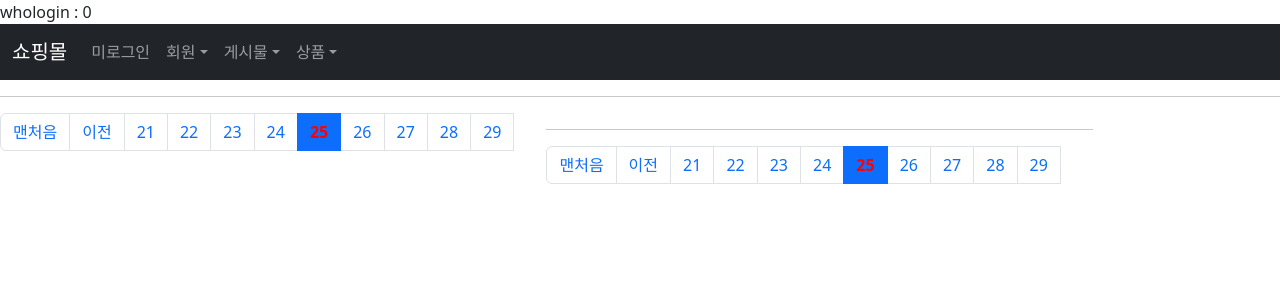
Repository: Sain-Clair/Team5
Page: http://localhost/Student/example/pageTest.jsp
These files come from the project's save history. The page is drawn as it stood at one moment and after the next save; the edit follows.
The browser window is 1280 px wide. The pictures show the whole page.
The page is served by Tomcat 9. Other server files are loaded and not shown.

Above is the page before, as saved 2023-09-06 03:01:07.

### Student/src/main/webapp/example/pageTest.jsp
<%@page import="com.shopping.utility.Paging"%>
<%@ page language="java" contentType="text/html; charset=UTF-8"
    pageEncoding="UTF-8"%>
<%@ include file="./../common/common.jsp"%>
<%@ include file="./../common/bootstrap5.jsp"%>
<%
	String _pageNumber = "25" ;
	String _pageSize = "10" ;
	int totalCount = 283 ;
	String url = "boList" ;
	String mode = "" ;
	String keyword = "" ;
	boolean isGrid = false ;

	Paging pageInfo = new Paging(_pageNumber, _pageSize, totalCount, url, mode, keyword, isGrid);

%>
<!DOCTYPE html>
<html>
<head>
<meta charset="UTF-8">
<title>Insert title here</title>
</head>
<body>
	<%-- <%=pageInfo.toString()%> --%>
	<hr/>
	<%=pageInfo.getPagingHtml()%>
	<hr/>
	<%=pageInfo.getPagingHtml()%>
</body>
</html>

<!--
totalCount=280, pageNumber=25, pageSize=10
pageCount=10

구해야 할 것
totalPage=28
beginRow=241
endRow=250
beginPage=21
endPage=28
-->

### Student/src/main/webapp/common/common.jsp
<%@page import="com.shopping.model.bean.Member"%>
<%@ page language="java" contentType="text/html; charset=UTF-8"
	pageEncoding="UTF-8"%>

<%
	// appName : 애플리케이션 이름(프로젝트 이름_Student)
	String appName = request.getContextPath();
	// in FrontController.java file
	String mappingName = "/Shopping";

	// form 태그에서 사용할 변수
	String withFormTag = appName + mappingName;

	// form 태그가 아닌 영역에서 사용할 변수 <a>
	String notWithFormTag = appName + mappingName +"?command=";

	/* out.print("프로젝트 이름 : " + appName + "<br/>") ;
	out.print("mappingName:" + mappingName +"<br/>");
	out.print("withFormTag:" + withFormTag +"<br/>");
	out.print("notWithFormTag:" + notWithFormTag +"<br/>"); */
%>

<%@page import="java.util.*"%>

<%-- jstl을 위한 태그 라이브러리 선언 --%>
<%@ taglib prefix="c" uri="http://java.sun.com/jsp/jstl/core" %>
<%@ taglib prefix="fn" uri="http://java.sun.com/jsp/jstl/functions" %>

<%-- include file="bootstrap5.jsp" --%>
<%
	// 이 코드들은 차후 삭제 예정
	/*Member mem = new Member() ;
	mem.setId("hong") ; // admin  hong
	mem.setName("홍길동") ; // 관리자  홍길동
	session.setAttribute("loginfo", mem);
	session.setAttribute("loginfo", null); // 미로그인

	// 경고성 Alert Box
	session.setAttribute("alertMessage", "아이디/비번 정보를 잘못 입력하셨습니다.");
	session.setAttribute("alertMessage", null);*/
%>

<!-- whologin 변수는 현재 로그인 상태를 알려 주는 변수입니다. -->
<!-- 미로그인(0) 일반 사용자(1) 관리자(2) -->
<c:set var="whologin" value="0"/>
<c:if test="${not empty sessionScope.loginfo}">
	<c:if test="${sessionScope.loginfo.id == 'admin'}">
		<c:set var="whologin" value="2"/>
	</c:if>
	<c:if test="${sessionScope.loginfo.id != 'admin'}">
		<c:set var="whologin" value="1"/>
	</c:if>
</c:if>
whologin : ${whologin}


<!DOCTYPE html>
<html>
<head>
	<meta charset="UTF-8">
	<title>Insert title here</title>
	<!-- 이 파일은 모든 문서에서 공용으로 참조할 파일입니다.  -->
	<!-- 자바 관련 변수 및 패키지 임포트, 네비게이션 바, jstl 등등 -->
	<!-- for sweet alert -->
	<script src="${pageContext.request.contextPath}/js/sweetalert.js"></script>
	<style>
		.alert-dismissible{margin: 10px;}
	</style>
</head>
<body>
	<nav class="navbar navbar-expand-sm bg-dark navbar-dark">
		<div class="container-fluid">
			<a class="navbar-brand" href="#">쇼핑몰</a>
			<button class="navbar-toggler" type="button"
				data-bs-toggle="collapse" data-bs-target="#collapsibleNavbar">
				<span class="navbar-toggler-icon"></span>
			</button>
			<div class="collapse navbar-collapse" id="collapsibleNavbar">
				<ul class="navbar-nav">
					<li class="nav-item">
						<c:if test="${whologin eq 0}">
							<a class="nav-link" href="#">미로그인</a>
						</c:if>
						<c:if test="${whologin ne 0}">
							<a class="nav-link" href="#">${sessionScope.loginfo.name}님</a>
						</c:if>
					</li>

					<!-- member section -->
					<li class="nav-item dropdown">
						<a class="nav-link dropdown-toggle" href="#" role="button"
							data-bs-toggle="dropdown">회원</a>
						<ul class="dropdown-menu">
							<c:if test="${whologin eq 0}"><!-- href 띄어쓰기 x -->
								<li><a class="dropdown-item" href="<%=notWithFormTag%>meInsert">회원 가입</a></li>
								<li><a class="dropdown-item" href="<%=notWithFormTag%>meLogin">로그인</a></li>
							</c:if>
							<c:if test="${whologin ne 0}">
								<li><a class="dropdown-item" href="#">정보 수정</a></li>
								<li><a class="dropdown-item" href="<%=notWithFormTag%>meLogout">로그아웃</a></li>
								<li><a class="dropdown-item" href="<%=notWithFormTag%>meDetail&id=${sessionScope.loginfo.id}">상세보기</a></li>
								<li><a class="dropdown-item" href="#">탈퇴하기</a></li>
							</c:if>
							<c:if test="${whologin eq 2}">
								<li><a class="dropdown-item" href="<%=notWithFormTag%>meList">목록 보기</a></li>
							</c:if>
						</ul>
					</li>

					<!-- board section -->
					<li class="nav-item dropdown">
						<a class="nav-link dropdown-toggle" href="#" role="button"
							data-bs-toggle="dropdown">게시물</a>
						<ul class="dropdown-menu">
							<c:if test="${whologin ne 0}">
								<li><a class="dropdown-item" href="<%=notWithFormTag%>boInsert">게시물 등록</a></li>
							</c:if>
							<li><a class="dropdown-item" href="<%=notWithFormTag%>boList">목록 보기</a></li>
						</ul>
					</li>
					<!-- product section -->
					<li class="nav-item dropdown">
						<a class="nav-link dropdown-toggle" href="#" role="button"
							data-bs-toggle="dropdown">상품</a>
						<ul class="dropdown-menu">
							<c:if test="${whologin eq 2}">
								<li><a class="dropdown-item" href="<%=notWithFormTag%>prInsert">상품 등록</a></li>
							</c:if>
							<li><a class="dropdown-item" href="<%=notWithFormTag%>prList">목록 보기</a></li>
						</ul>
					</li>

				</ul>
			</div>
		</div>
	</nav>

	<c:if test="${not empty sessionScope.alertMessage}">
		<%-- 사용자에게 주의/경고/오류 등을 알려 주기 위한 Alert Box --%>
		<div class="alert alert-danger alert-dismissible">
	    	<button type="button" class="btn-close" data-bs-dismiss="alert"></button>
	    	<strong>😂😒😂😒😂😒😂😒😂😒😂😒😂😒😂😒😂😒</strong> ${sessionScope.alertMessage}
	  	</div>
	</c:if>
	<%-- 보여준 Alert Box를 session 영역에서 제거합니다. --%>
	<c:remove var="alertMessage" scope="session"/>
</body>
</html>

### Student/src/main/webapp/common/bootstrap5.jsp
<%@ page language="java" contentType="text/html; charset=UTF-8"
    pageEncoding="UTF-8"%>
<!DOCTYPE html>
<html>
<head>
	<meta charset="UTF-8">
	<meta name="viewport" content="width=device-width, initial-scale=1">
	<title>Insert title here</title>
	<!-- 이 파일은 부트 스트랩5를 사용하기 위한 공용 파일입니다. -->
	<!-- 부트 스트랩이 제이 쿼리를 참조하므로 반드시 jquery.js 선언이 먼저 되어야 합니다. -->
	<script type="text/javascript" src="${pageContext.request.contextPath}/js/jquery.js"></script>
	<script type="text/javascript" src="${pageContext.request.contextPath}/js/bootstrap.min.js"></script>
	<link rel="stylesheet" href="${pageContext.request.contextPath}/css/bootstrap.min.css">

	<link rel="stylesheet" href="${pageContext.request.contextPath}/css/jquery-ui.css">
  	<script type="text/javascript" src="${pageContext.request.contextPath}/js/jquery-ui.js"></script>
</head>
<body>

</body>
</html>

### Student/src/main/java/com/shopping/utility/Paging.java
package com.shopping.utility;

public class Paging {
	// 페이징을 위한 클래스
	private int totalCount = 0; // 테이블에 들어 있는 총 행의 개수
	private int totalPage = 0; // 전체 페이지 수

	private int pageNumber = 0; // 현재 페이지 번호
	private int pageSize = 0; // 한 페이지에 보여줄 행의 개수
	private int beginRow = 0; // 현재 페이지에 보여지는 시작 랭킹 번호
	private int endRow = 0; // 현재 페이지에 보여지는 끝 랭킹 번호

	private int pageCount = 10; // 하단 중간에 보이는 페이지 링크 개수
	private int beginPage = 0; // 페이지 링크 시작 번호
	private int endPage = 0; // 페이지 링크 끝 번호

	private String url = ""; // 게시물 보여 주는 페이지(예시 : boList)
	private String pagingHtml = ""; // 하단의 이전/다음/숫자 목록 페이지 하이퍼 링크를 저장하고 있는 문자열
	private String pagingStatus = ""; // 상단 우측의 현재 페이지 현황(예시 : 총 295건[12/30])

	private String mode = ""; // 검색 모드(예시 : 작성자, 글제목 등등)
	private String keyword = ""; // 검색할 단어

	private String flowParameter = ""; // 페이지 이동시 같이 수반되는 파라미터 리스트

	public Paging(String _pageNumber, String _pageSize, int totalCount, String url, String mode, String keyword,
			boolean isGrid) {
		// _pageNumber가 널이거나 문자열 널값이 넘어오거나 빈 문자열이 넘어오면~ _pageNumber.equals("")
		if (_pageNumber == null || _pageNumber.equals("null") || _pageNumber.strip().isEmpty()) {
			_pageNumber = "1";
		}
		this.pageNumber = Integer.parseInt(_pageNumber);

		// isGrid=true이면 상품 목록 보기, false이면 일반 형식(회원, 게시물 목록 등등)
		if (_pageSize == null || _pageSize.equals("null") || _pageSize.equals("")) {
			if (isGrid) {
				_pageSize = "6"; // 2행 3열의 격자 구조
			} else {
				_pageSize = "10";
			}
		}
		this.pageSize = Integer.parseInt(_pageSize);

		this.totalCount = totalCount;
		this.url = url;
		this.mode = mode;
		this.keyword = keyword;

		double _totalPage = Math.ceil((double) totalCount / pageSize);
		totalPage = (int) _totalPage;

		beginRow = (pageNumber - 1) * pageSize + 1;
		endRow = pageNumber * pageSize;
		beginPage = (pageNumber - 1) / pageCount * pageCount + 1;
		if (endRow > totalCount) {
			endRow = totalCount;
		}

		endPage = beginPage + pageCount - 1;

		if (endPage > totalPage) {
			endPage = totalPage;
		}
		this.pagingStatus = "총 " + totalCount + "건[" + pageNumber + "/" + totalPage + "]";

		this.flowParameter = "";
		this.flowParameter += "&pageNumber=" + pageNumber;
		this.flowParameter += "&pageSize=" + pageSize;
		this.flowParameter += "&mode=" + mode;
		this.flowParameter += "&keyword=" + keyword;

		this.pagingHtml = this.getMakePagingHtml();
	}

	/*
	 * <ul class="pagination"> <li class="page-item"><a class="page-link"
	 * href="#">Previous</a></li> <li class="page-item"><a class="page-link"
	 * href="#">1</a></li> <li class="page-item"><a class="page-link"
	 * href="#">2</a></li> <li class="page-item"><a class="page-link"
	 * href="#">3</a></li> <li class="page-item"><a class="page-link"
	 * href="#">Next</a></li> </ul>
	 */

	private String getMakePagingHtml() {
		String html = "";

		html += "<ul class=\"pagination justify-cotent-center\">";
		if (pageNumber <= pageCount) {
			/* '맨 처음'과 '이전' 항목이 존재하지 않는 경우 */
		} else {
			html += makeLiTag("맨처음", 1);
			html += makeLiTag("이전", beginPage - 1);
		}

		for (int i = beginPage; i <= endPage; i++) {
			if (i == pageNumber) {
				// active 속성으로 활성화시키고, 빨간색으로 진하게 표현하기
				html += "<li class=\"page-item active\">";
				html += "<a class=\"page-link\" href=\"#\">";
				html += "<b><font color ='red'>" + i + "</font></b>";
				html += "</a></li>";
			} else {
				html += makeLiTag(String.valueOf(i), i);
			}

		}

		if (pageNumber >= (totalPage / pageCount * pageCount + 1)) {
			/* '맨 끝'과 '다음' 항목이 존재하지 않는 경우 */
		}else {
			html += makeLiTag("다음", endPage + 1);
			html += makeLiTag("맨 끝", totalPage);

		}


		html += "<ul>";

		return html;
	}

	private String makeLiTag(String caption, int currPageNumber) {
		// String caption: 보여지는 문자열(이전, 다음 등등)
		// currPageNumber: 이동할 페이지 번호
		String result = "";
		result += "<li class='page-item'>";
		result += "<a class='page-link' href='";
		result += this.url;
		result += "&pageNumber=" + currPageNumber;
		result += "&pageSize=" + this.pageSize;
		result += "&mode=" + this.mode;
		result += "&keyword=" + this.keyword;
		result += "'>";
		result += caption;
		result += "</a></li>";

		return result;
	}

	public int getTotalCount() {
		return totalCount;
	}

	public void setTotalCount(int totalCount) {
		this.totalCount = totalCount;
	}

	public int getTotalPage() {
		return totalPage;
	}

	public void setTotalPage(int totalPage) {
		this.totalPage = totalPage;
	}

	public int getPageNumber() {
		return pageNumber;
	}

	public void setPageNumber(int pageNumber) {
		this.pageNumber = pageNumber;
	}

	public int getPageSize() {
		return pageSize;
	}

	public void setPageSize(int pageSize) {
		this.pageSize = pageSize;
	}

	public int getBeginRow() {
		return beginRow;
	}

	public void setBeginRow(int beginRow) {
		this.beginRow = beginRow;
	}

	public int getEndRow() {
		return endRow;
	}

	public void setEndRow(int endRow) {
		this.endRow = endRow;
	}

	public int getPageCount() {
		return pageCount;
	}

	public void setPageCount(int pageCount) {
		this.pageCount = pageCount;
	}

	public int getBeginPage() {
		return beginPage;
	}

	public void setBeginPage(int beginPage) {
		this.beginPage = beginPage;
	}

	public int getEndPage() {
		return endPage;
	}

	public void setEndPage(int endPage) {
		this.endPage = endPage;
	}

	public String getUrl() {
		return url;
	}

	public void setUrl(String url) {
		this.url = url;
	}

	public String getPagingHtml() {
		return pagingHtml;
	}

	public void setPagingHtml(String pagingHtml) {
		this.pagingHtml = pagingHtml;
	}

	public String getPagingStatus() {
		return pagingStatus;
	}

	public void setPagingStatus(String pagingStatus) {
		this.pagingStatus = pagingStatus;
	}

	public String getMode() {
		return mode;
	}

	public void setMode(String mode) {
		this.mode = mode;
	}

	public String getKeyword() {
		return keyword;
	}

	public void setKeyword(String keyword) {
		this.keyword = keyword;
	}

	public String getFlowParameter() {
		return flowParameter;
	}

	public void setFlowParameter(String flowParameter) {
		this.flowParameter = flowParameter;
	}

	@Override
	public String toString() {
		return "Paging [totalCount=" + totalCount + ", totalPage=" + totalPage + ", pageNumber=" + pageNumber
				+ ", pageSize=" + pageSize + ", beginRow=" + beginRow + ", endRow=" + endRow + ", pageCount="
				+ pageCount + ", beginPage=" + beginPage + ", endPage=" + endPage + ", url=" + url + ", pagingHtml="
				+ pagingHtml + ", pagingStatus=" + pagingStatus + ", mode=" + mode + ", keyword=" + keyword
				+ ", flowParameter=" + flowParameter + "]";
	}

}

Loaded but not shown: Student/src/main/webapp/js/sweetalert.js (library); Student/src/main/webapp/js/jquery.js (library); Student/src/main/webapp/js/bootstrap.min.js (library); Student/src/main/webapp/css/bootstrap.min.css (library); Student/src/main/webapp/css/jquery-ui.css (library); Student/src/main/webapp/js/jquery-ui.js (library)

After the next save:
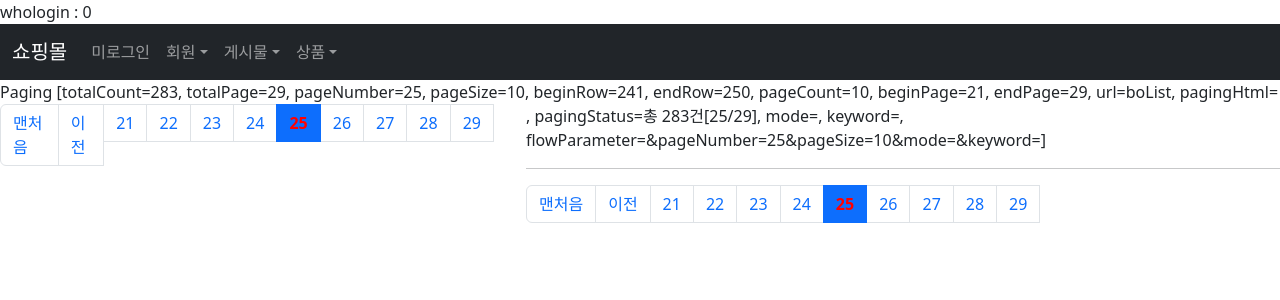
Saved 11 s later.
--- a/Student/src/main/webapp/example/pageTest.jsp
+++ b/Student/src/main/webapp/example/pageTest.jsp
@@ -22,11 +22,10 @@
 <title>Insert title here</title>
 </head>
 <body>
-	<%-- <%=pageInfo.toString()%> --%>
+	<%=pageInfo.toString()%>
 	<hr/>
 	<%=pageInfo.getPagingHtml()%>
-	<hr/>
-	<%=pageInfo.getPagingHtml()%>
+
 </body>
 </html>
 
